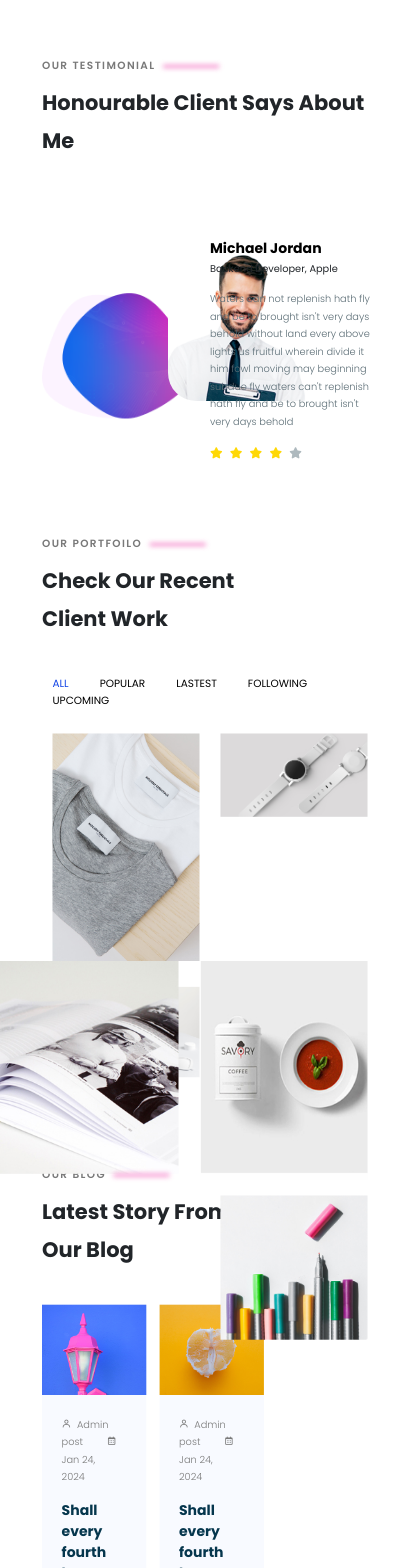
Repository: whoami2991/Sardorbek-Portfolio---Home
Page: index.html
These files come from the project's save history. The page is drawn as it stood at one moment and after the next save; the edit follows.
The browser window is 600 px wide. The pictures show the part of the page from y = 3057 to 5297 px (the page is 7387 px tall before and 7671 px after), at 70% of full size.

Above is the page before, as saved 2024-08-03 21:52:36.

After the next save:
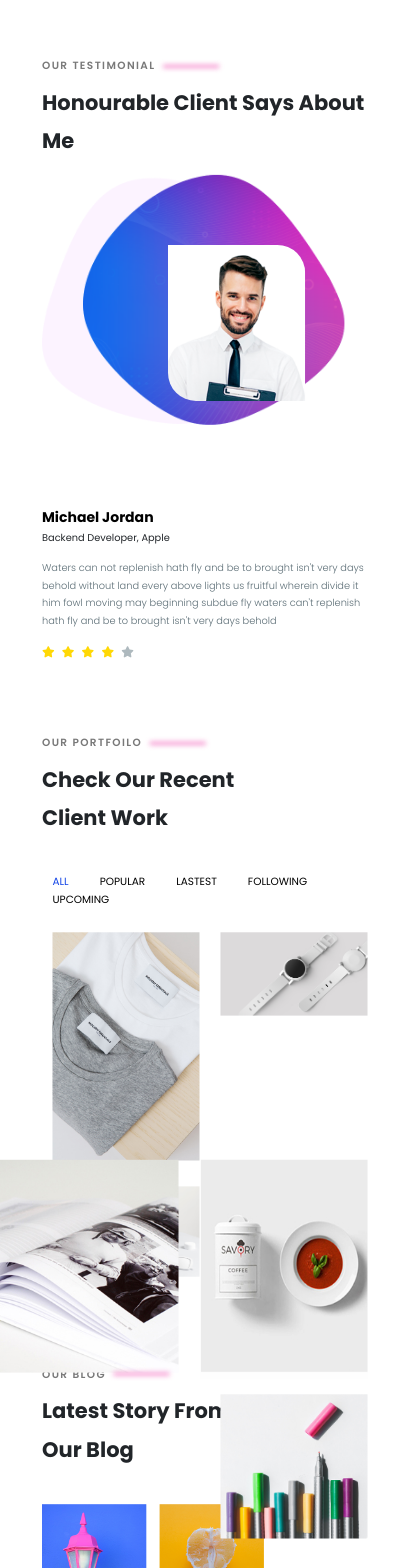
Saved 2 min 38 s later.
--- a/styles.css
+++ b/styles.css
@@ -479,4 +479,8 @@
     .service-card2{
         margin-top: 40px;
     }
-}
+    /*Clients*/
+    .client-item > div{
+        width: 100%;
+    }
+}
